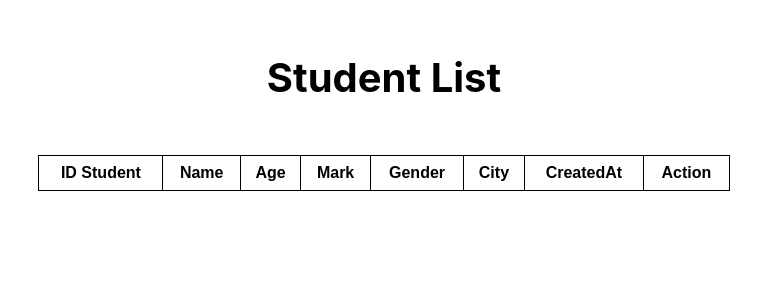
Repository: haminhdat1407/react-api-student
Page: /
The author's editor kept a copy of each file at every save. The page is drawn from the files as they stood at one save, then again after the next save.
The browser window is 768 px wide. The pictures show the whole page.
The page's requests for data from a server got no answer. The project was rebuilt for these pictures with package versions that can differ from the ones it lists, and the page was loaded fresh each time. No one was signed in, and anything a server would have sent is missing. Also part of the build but not shown: src/styles.css.

Above is the page before, as saved 2022-03-12 14:54:03.

### public/index.html
<!DOCTYPE html>
<html lang="en">
  <head>
    <meta charset="utf-8" />
    <link rel="icon" href="%PUBLIC_URL%/favicon.ico" />
    <meta name="viewport" content="width=device-width, initial-scale=1" />
    <meta name="theme-color" content="#000000" />
    <meta
      name="description"
      content="Web site created using create-react-app"
    />
    <link rel="apple-touch-icon" href="%PUBLIC_URL%/logo192.png" />
    <link rel="stylesheet" href="https://cdnjs.cloudflare.com/ajax/libs/font-awesome/6.0.0/css/all.min.css" integrity="sha512-9usAa10IRO0HhonpyAIVpjrylPvoDwiPUiKdWk5t3PyolY1cOd4DSE0Ga+ri4AuTroPR5aQvXU9xC6qOPnzFeg==" crossorigin="anonymous" referrerpolicy="no-referrer" />
    <!--
      manifest.json provides metadata used when your web app is installed on a
      user's mobile device or desktop. See https://developers.google.com/web/fundamentals/web-app-manifest/
    -->
    <link rel="manifest" href="%PUBLIC_URL%/manifest.json" />
    <!--
      Notice the use of %PUBLIC_URL% in the tags above.
      It will be replaced with the URL of the `public` folder during the build.
      Only files inside the `public` folder can be referenced from the HTML.

      Unlike "/favicon.ico" or "favicon.ico", "%PUBLIC_URL%/favicon.ico" will
      work correctly both with client-side routing and a non-root public URL.
      Learn how to configure a non-root public URL by running `npm run build`.
    -->
    <title>React App</title>
  </head>
  <body>
    <noscript>You need to enable JavaScript to run this app.</noscript>
    <div id="root"></div>
    <!--
      This HTML file is a template.
      If you open it directly in the browser, you will see an empty page.

      You can add webfonts, meta tags, or analytics to this file.
      The build step will place the bundled scripts into the <body> tag.

      To begin the development, run `npm start` or `yarn start`.
      To create a production bundle, use `npm run build` or `yarn build`.
    -->
  </body>
</html>

### src/App.js
import { useEffect, useState } from 'react';
import studentApi from './apis/studentApi';
import StudentList from './components/StudentList';
import './styles.css';

export default function App() {
  const [studentList, setStudentList] = useState([]);
  const [idRemove, setIdRemove] = useState('');

  // get All
  useEffect(() => {
    try {
      (async () => {
        const responseStudent = await studentApi.getAll();
        setStudentList(responseStudent);
      })();
    } catch (error) {
      console.log(error);
    }
  }, []);

  //remove
  useEffect(() => {
    try {
      if (idRemove) {
        (async () => {
          const studentRemove = await studentApi.removeStudentByID(idRemove);
        })();
      }
    } catch (error) {
      console.log(error);
    }
  }, [idRemove]);
  const handleRemoveUser = (idDeleted) => {
    setIdRemove(idDeleted);

    const newStudentList = studentList.filter((student) => {
      // tra ve 1 mang moi...khong co id can xoa
      return student.id !== idDeleted;
    });
    setStudentList(newStudentList);
  };
  //  [dat01, dat02]].lenn 2 2

  //  id : "dat" + (data.lenght + 1)
  //  6 filed
  return (
    <>
      <StudentList data={studentList} onRemove={handleRemoveUser} />
    </>
  );
}

### src/apis/studentApi.js
import axiosClient from './axiosClient';

const studentApi = {
  getAll() {
    const url = `students`;
    return axiosClient.get(url);
  },

  removeStudentByID(id) {
    const url = `students/${id}`;
    return axiosClient.delete(url);
  },
};

export default studentApi;

### src/components/StudentList/index.jsx
import React from 'react';
import PropTypes from 'prop-types';
import './style.css';
import dayjs from 'dayjs';

StudentList.propTypes = {
  data: PropTypes.array,
  onRemove: PropTypes.func,
};

function StudentList({ data, onRemove }) {
  const handleRemove = (id) => {
    onRemove(id);
  };
  return (
    <div className='container'>
      <h4 className='student_title'>Student List</h4>
      <div className='student_list'>
        <table className='table_student'>
          <tbody>
            <tr>
              <th>ID Student</th>
              <th>Name</th>
              <th>Age</th>
              <th>Mark</th>
              <th className='res'>Gender</th>
              <th className='res'>City</th>
              <th className='res'>CreatedAt</th>
              <th className='res'>Action</th>
            </tr>

            {data.map((item) => (
              <tr key={item.id}>
                <td>{item.id}</td>
                <td>{item.name}</td>
                <td>{item.age}</td>
                <td>{item.mark}</td>
                <td>{item.gender}</td>
                <td>{item.city}</td>
                <td>{dayjs(item.createdAt).format('DD/MM/YYYY')}</td>
                <td className='delete_btn'>
                  <i
                    className='fa-solid fa-delete-left'
                    onClick={() => handleRemove(item.id)}
                  ></i>
                </td>
              </tr>
            ))}
          </tbody>
        </table>
      </div>
    </div>
  );
}

export default StudentList;

### src/apis/axiosClient.js
import axios from 'axios';

const axiosClient = axios.create({
  baseURL: 'https://js-post-api.herokuapp.com/api/',
  headers: {
    'Content-Type': 'application/json',
  },
});

axiosClient.interceptors.request.use(
  function (config) {
    return config;
  },
  function (error) {
    return Promise.reject(error);
  }
);

// Add a response interceptor
axiosClient.interceptors.response.use(
  function (response) {
    return response.data;
  },
  function (error) {
    return Promise.reject(error);
  }
);

export default axiosClient;

### src/components/StudentList/style.css
table {
  font-family: arial, sans-serif;
  border-collapse: collapse;
  width: 100%;
}

td,
th {
  border: 1px solid #000;
  text-align: left;
  padding: 8px;
  text-align: center;
}

tr:nth-child(even) {
  background-color: #dddddd;
}
.student_title {
  text-align: center;
  font-size: 40px;
}
.student_list {
  width: 90%;
  margin: 20px auto;
}
.delete_btn {
  cursor: pointer;
  color: red;
}

@media only screen and (max-width: 900px) {
  className='res' {
    background-color: lightblue;
  }
}

Loaded but not shown: src/index.js (common file); src/index.css (common file); src/reportWebVitals.js (common file)

After the next save:
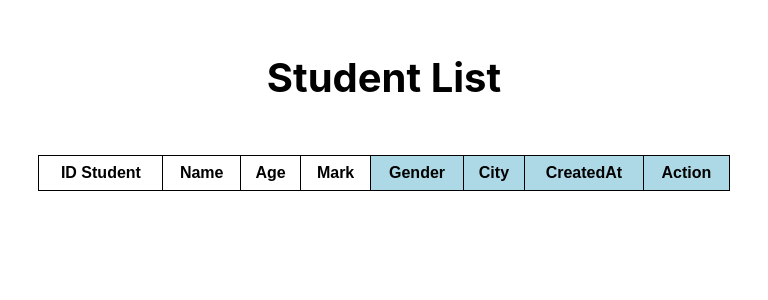
Saved 10 s later.
--- a/src/components/StudentList/style.css
+++ b/src/components/StudentList/style.css
@@ -29,7 +29,7 @@ tr:nth-child(even) {
 }
 
 @media only screen and (max-width: 900px) {
-  className='res' {
+  .res {
     background-color: lightblue;
   }
 }
